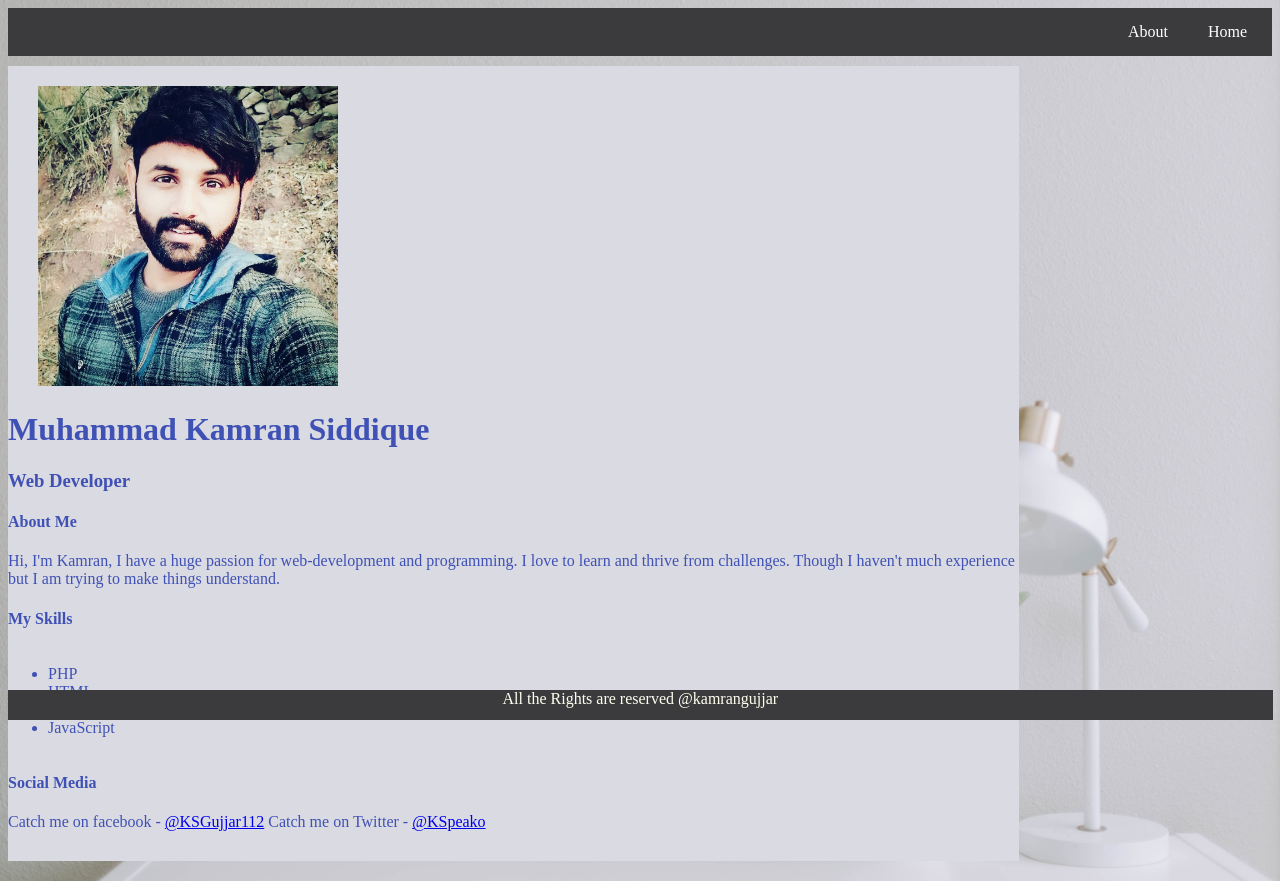
Repository: Kamrangujjar85112/Length-Converter
Page: html/about.html
The author's editor kept a copy of each file at every save. The page is drawn from the files as they stood at one save, then again after the next save.
The browser window is 1280 px wide. The pictures show the whole page.
Backgrounds fixed to the window are drawn as part of the page.

Above is the page before, as saved 2022-01-21 23:07:28.

### html/about.html
<!-- about -->
<!DOCTYPE html>
<html lang="en">
<head>
    <meta charset="UTF-8">
    <meta http-equiv="X-UA-Compatible" content="IE=edge">
    <meta name="viewport" content="width=device-width, initial-scale=1.0">
    <title>About</title>
    <link rel="stylesheet" href="../css/style.css">
</head>
<body>
    <div class="container ">
        <div class="header">
            <nav>
                <ul class="nav-ul">
                    <li class="nav-li"><a href="home.html">Home</a></li>
                    <li class="nav-li"><a href="about.html">About</a></li>
                </ul>
            </nav>
        </div>
        <div class="aboutclass">
            <a href="" ><img src="../css/dp.jpg" alt="profile-picture"  /></a>
            <div class="nameing">
                <h1>Muhammad Kamran Siddique</h1>
                <h3>Web Developer</h3>
            </div>


            <h4>About Me</h4>
            <p>Hi, I'm Kamran, I have a huge passion for web-development and programming. I love to learn and thrive from challenges. Though I haven't much experience but I am trying to make things understand.</p>
            <h4>My Skills</h4>
            <div class="listFlex">
               <div>
                  <ul>
                     <li>PHP</li>
                     <li>HTML</li>
                     <li>CSS</li>
                     <li>JavaScript</li>
                  </ul>
               </div>
            </div>
            <h4>Social Media</h4>
            Catch me on facebook - <a href="https://facebook.com/KS Gujjar">@KSGujjar112</a>
            Catch me on Twitter - <a href="https://twitter.com/Kamran Gujjar">@KSpeako</a>
         </div>
            <footer class="footer">
                <span>All the Rights are reserved @kamrangujjar</span>
              </footer>
    </div>
    <script src="../js/converter.js"></script>
</body>
</html>

### css/style.css
  body{
    background-image: url('backg.jpg');
    background-repeat: no-repeat;
    background-attachment: fixed;
    background-size: cover;

}
.aboutclass {
    list-style: none;
    margin-top: 10px;
    margin-bottom: 10px;
    padding-bottom: 30px;
    margin-bottom: 20px;
    color: #3F51B5;
    height: 100%;
    width: 80%;
    background-color: rgb(218, 218, 226);
    text-align: left;
}
.naming{
    text-align: center;
}
.listFlex {
    display: flex;
    align-items: center;
    list-style: none;
}

img {
  width: 300px;
  height: 300px;
  margin-top: 20px;
  padding-left: 30px;
}
.header{
    top: 0;
    width: 100%;
    margin: 0;
    position: relative;

}
.nav-ul{
    list-style-type: none;
    margin: 0;
    overflow: hidden;
    background: rgb(59, 59, 61);
  }

.nav-li {
    padding-right: 10px;
    float: right;
    align-items: inherit;
}

.nav-li a {
    display: block;
    color: rgb(255, 255, 255);
    text-align:center;
    padding: 15px 15px;
    text-decoration: none;
}
.link {
    list-style: none;
    text-align: left;
    align-items: left;
    margin: 10px;
    width: 300px;
}
.nav-li a:hover {
    background-color: #0ac577;
}
footer{
    bottom: 0;
    width: 98.8%;
    position: fixed;
    color: ivory;
    height: 30px;
    text-align: center;
    background: rgb(59, 59, 61);
}
button{
    width: 100%;
    height:40px;
    color: ivory;
    background-color: #141312;
    margin:13px;
    box-shadow: 0 12px 16px 0 rgba(0,0,0,0.24), 0 17px 50px 0 rgba(0,0,0,0.19);
}
#convert{
    width: 100px;
    height:40px;
    color: ivory;
    background-color: #141312;
    margin:13px;
    box-shadow: 0 12px 16px 0 rgba(0,0,0,0.24), 0 17px 50px 0 rgba(0,0,0,0.19);
}
#reset{
    width: 100px;
    height:40px;
    color: ivory;
    background-color: #141312;
    margin:13px;
    box-shadow: 0 12px 16px 0 rgba(0,0,0,0.24), 0 17px 50px 0 rgba(0,0,0,0.19);
}
.flex-container {
    margin-top: 50px;
    margin-left: 430px;
    display: flex;
    justify-content: center;
    align-items: center;
    height: 300px;
    width: 400px;
    background-color: rgb(218, 218, 226);
    text-align: center;
  }

### js/converter.js
const inputCmToMm = document.getElementById('centimetersToMilimeters');
const inputMiToKm = document.getElementById('milesToKilometers');
const inputMToCm = document.getElementById('metersToCentimeters');
const inputCmToKm = document.getElementById('centimetersToKilometers');
const inputKmToM = document.getElementById('kilometersToMeters');
const inputMiToM = document.getElementById('milesToMeters');
const inputFValue = document.getElementById('firstValue');
const inputSValue = document.getElementById('secondValue');
const p = document.getElementById('percent');
const convert = document.getElementById('convert');
const reset = document.getElementById('reset');

// // Converter
// centimeters To kilometers
convert?.addEventListener('click', function converter(){

if(inputCmToKm?.value){
    const Km2 = inputCmToKm?.value / 100000;
    document.getElementById('cmToKm').innerHTML = inputCmToKm?.value +' Centimeters are equal to ' +Km2 + ' Kilometers';
}
// centimeters To Milimeters
if(inputCmToMm?.value){
    const Mm = inputCmToMm?.value * 10;
    document.getElementById('cmToMm').innerHTML = inputCmToMm?.value +' Centimeters are equal to ' +Mm + ' Milimeters';
}
// Miles to kilometers
if(inputMiToKm?.value){
    const Km1 = inputMiToKm?.value * 1.609;
    document.getElementById('miToKm').innerHTML = inputMiToKm?.value +' Miles are equal to ' +Km1 + ' Kilometers';
}
// Meters to Centimeters
if(inputMToCm?.value){
    const Cm1 = inputMToCm?.value * 100;
    document.getElementById('mToCm').innerHTML = inputMToCm?.value +' Meters are equal to ' +Cm1 + ' Centimeters';
}
// kilometers To meters
if(inputKmToM?.value){
    const M1 = inputKmToM?.value * 1000;
    document.getElementById('kmToM').innerHTML = inputKmToM?.value +' Kilometers are equal to ' +M1 + ' Meters';
}
// Miles To meters
if(inputMiToM?.value){
    const M2 = inputMiToM?.value * 1609;
    document.getElementById('miToM').innerHTML = inputMiToM?.value +' Miles are equal to ' +M2 + ' Meters';
}
// percentage
if(inputFValue?.value || inputSValue?.value){
    const fValue = inputFValue?.value;
    const sValue = inputSValue?.value;
    const per = fValue * 100 / sValue;
    document.getElementById('percent').innerHTML = 'The ' + fValue +' Percent of ' +sValue + ' is ' + per ;
}
});

// // reset

reset?.addEventListener('click', function reset(){

// centimeters To kilometers
if(inputCmToKm?.value){
document.getElementById('centimetersToKilometers').value = "";
document.getElementById('cmToKm').innerHTML = "";
}
// centimeters To Milimeters
if(inputCmToMm?.value){
    document.getElementById('centimetersToMilimeters').value= "";
    document.getElementById('cmToMm').innerHTML = "";
}
// Miles to kilometers
if(inputMiToKm?.value){
    document.getElementById('milesToKilometers').value = "";
    document.getElementById('miToKm').innerHTML = "";
}
// Meters to Centimeters
if(inputMToCm?.value){
    document.getElementById('metersToCentimeters').value = "";
    document.getElementById('mToCm').innerHTML = "";
}
// kilometers To meters
if(inputKmToM?.value){
    document.getElementById('kilometersToMeters').value = "";
    document.getElementById('kmToM').innerHTML = "";
}
// Miles To Meters
if(inputMiToM?.value){
    document.getElementById('milesToMeters').value = "";
    document.getElementById('miToM').innerHTML = "";
}
// percentage
if(inputFValue?.value || inputSValue?.value){
    document.getElementById('firstValue').value = "";
    document.getElementById('secondValue').value = "";
    document.getElementById('percent').innerHTML = "";
}
});

After the next save:
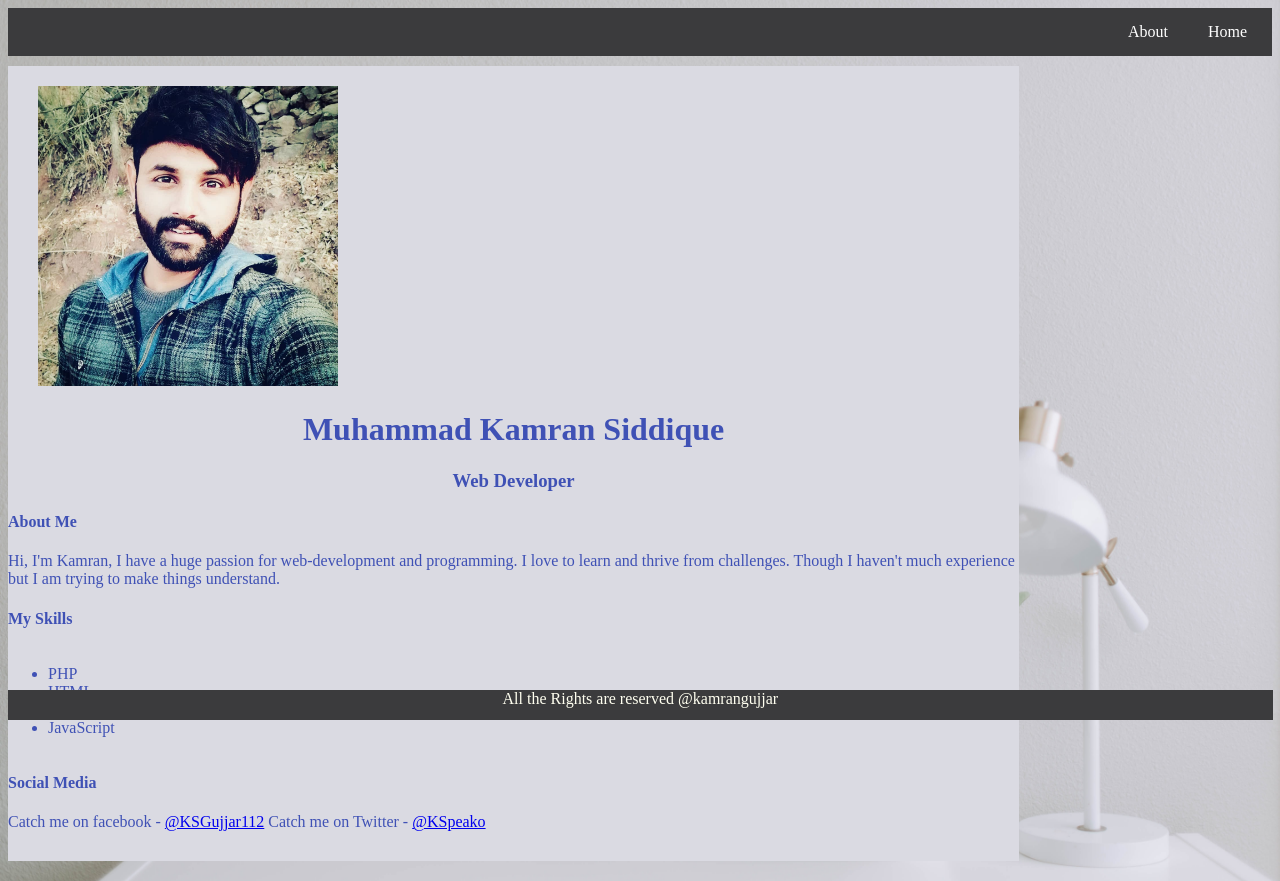
Saved 17 s later.
--- a/html/about.html
+++ b/html/about.html
@@ -20,7 +20,7 @@
         </div>
         <div class="aboutclass">
             <a href="" ><img src="../css/dp.jpg" alt="profile-picture"  /></a>
-            <div class="nameing">
+            <div class="naming">
                 <h1>Muhammad Kamran Siddique</h1>
                 <h3>Web Developer</h3>
             </div>

After the save that followed:
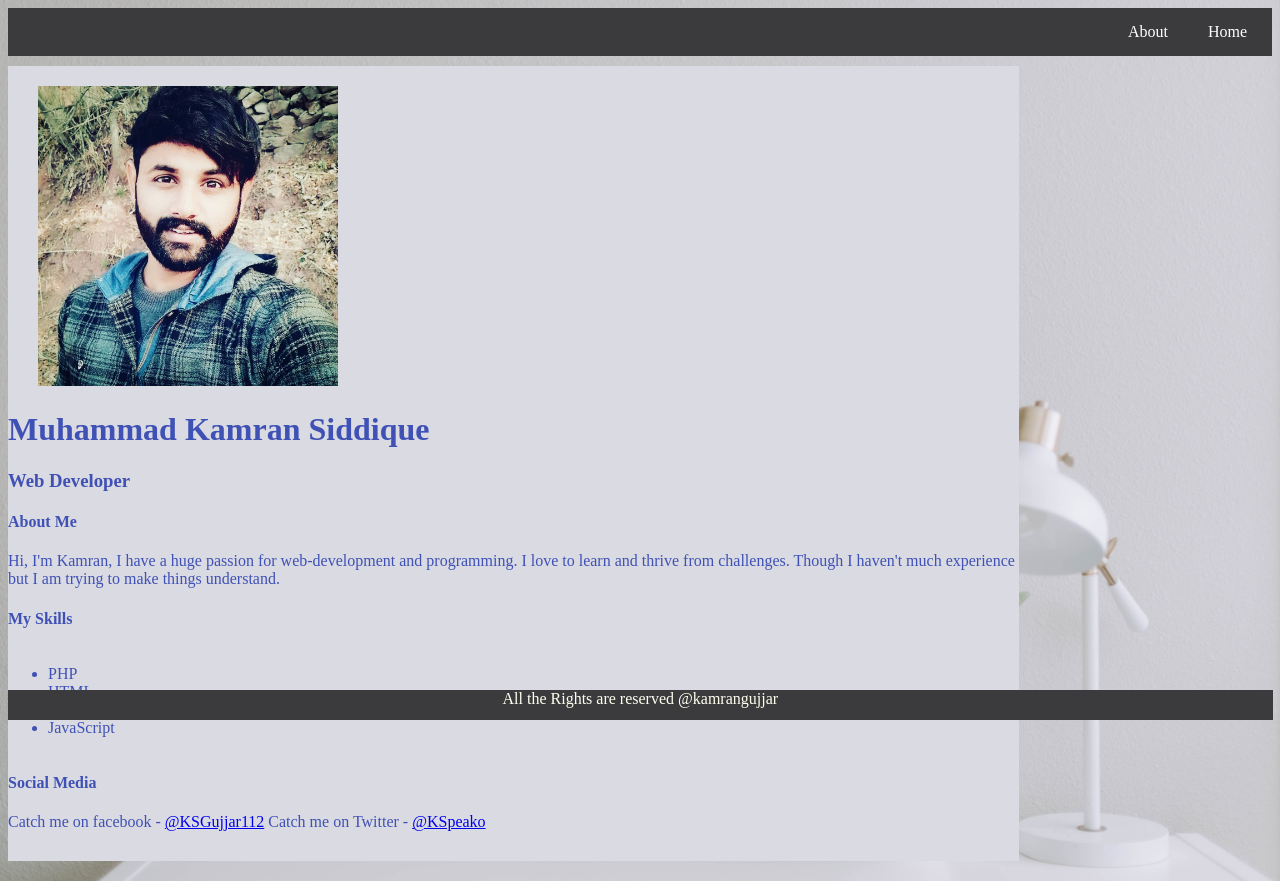
Saved 106 s later.
--- a/html/about.html
+++ b/html/about.html
@@ -20,11 +20,8 @@
         </div>
         <div class="aboutclass">
             <a href="" ><img src="../css/dp.jpg" alt="profile-picture"  /></a>
-            <div class="naming">
-                <h1>Muhammad Kamran Siddique</h1>
-                <h3>Web Developer</h3>
-            </div>
-
+            <h1>Muhammad Kamran Siddique</h1>
+            <h3>Web Developer</h3>
 
             <h4>About Me</h4>
             <p>Hi, I'm Kamran, I have a huge passion for web-development and programming. I love to learn and thrive from challenges. Though I haven't much experience but I am trying to make things understand.</p>
